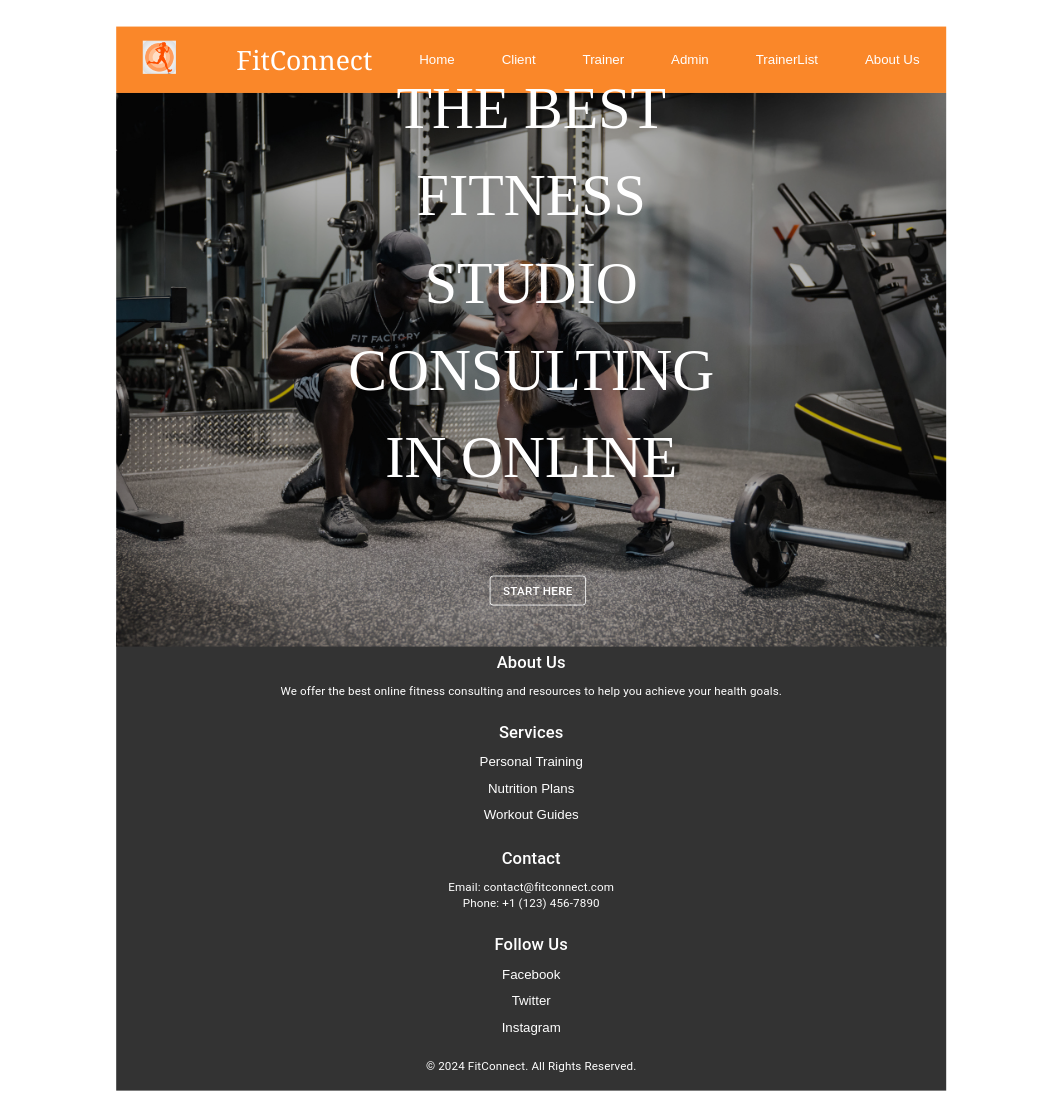
Repository: sarathraj2002/fitconnect
Page: / (app in Frontend/)
The author's editor kept a copy of each file at every save. The page is drawn from the files as they stood at one save, then again after the next save.
The browser window is 1280 px wide. The pictures show the whole page, at 83% of full size.
The project was rebuilt for these pictures with package versions that can differ from the ones it lists, and the page was loaded fresh each time. Also part of the build but not shown: Frontend/vite.config.js, Frontend/src/components/ClientPage.jsx, Frontend/src/components/TrainerPage.jsx, Frontend/src/components/AdminPage.jsx, Frontend/src/components/TrainerListPage.jsx, Frontend/src/components/AboutUs.jsx, Frontend/src/components/ClientRegister.css, Frontend/src/components/ClientRegister.jsx and 1 more.

Above is the page before, as saved 2024-11-11 23:38:05.

After the next save:
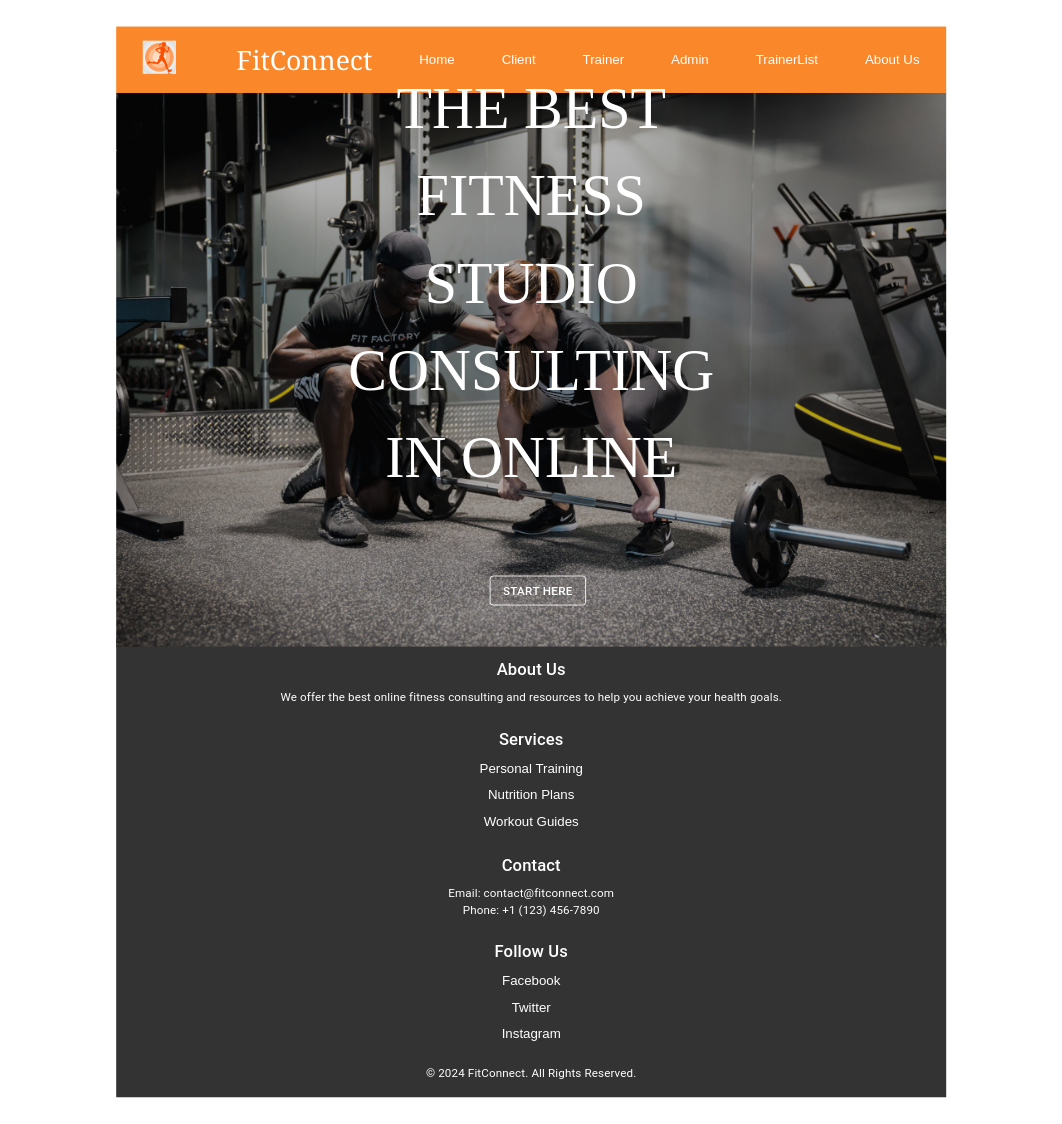
Saved 7 s later.
--- a/Frontend/src/components/Footer.jsx
+++ b/Frontend/src/components/Footer.jsx
@@ -11,7 +11,7 @@ const Footer = () => {
         color: 'white',
         padding: '20px 0',
         textAlign: 'center',
-        mt: -3
+        mt: -2
       }}
     >
       <Stack
